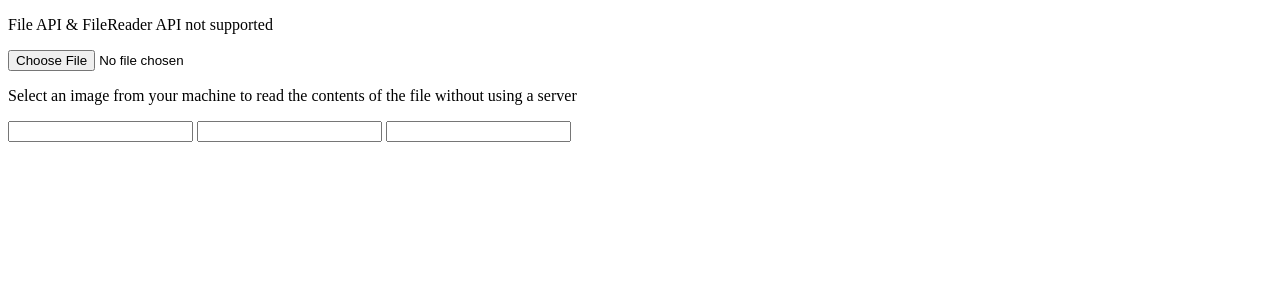
Repository: minkyung0421/jsp_travel_project
Page: http://localhost/Travel_Project/layerTest.jsp
These files come from the project's save history. The page is drawn as it stood at one moment and after the next save; the edit follows.
The browser window is 1280 px wide. The pictures show the whole page.
Some web libraries are served in a nearby version. The page is served by Tomcat 9. Other server files are loaded and not shown.

Above is the page before, as saved 2018-08-21 02:48:31.

### jsp_travel_project/Travel_Project/WebContent/layerTest.jsp
<%@ page language="java" contentType="text/html; charset=UTF-8"
    pageEncoding="UTF-8"%>
<!DOCTYPE html PUBLIC "-//W3C//DTD HTML 4.01 Transitional//EN" "http://www.w3.org/TR/html4/loose.dtd">
<html>
<head>
<meta http-equiv="Content-Type" content="text/html; charset=UTF-8">
<script src="//ajax.googleapis.com/ajax/libs/jquery/1.9.1/jquery.min.js"></script>
<script src = "http://ajax.googleapis.com/ajax/libs/jquery/1/jquery.min.js"></script>
<script src = "http://malsup.github.com/jquery.cycle2.js"></script>
<title>Insert title here</title>
</head>
<style>
.mySlides {display:none;}
</style>
<body>
<title>File API (simple)</title>
<article>
  <p id="status">File API & FileReader API not supported</p>
  <p><input type=file></p>
  <p>Select an image from your machine to read the contents of the file without using a server</p>
  <div id="holder"></div>
</article>
<script language='javascript'>
function call()
{
 if(document.getElementById("sell1").value && document.getElementById("sell2").value){
  document.getElementById('sell3').value =parseInt(document.getElementById('sell1').value) + parseInt(document.getElementById('sell2').value);
 }
}
</script>
<form name='sumform'>
<input type='text' name='sell1' id='sell1' onkeyup='call()'>
<input type='text' name='sell2' id='sell2' onkeyup='call()'>
<input type='text' name='sell3' id='sell3' >
</form>
</body>
</html>

After the next save:
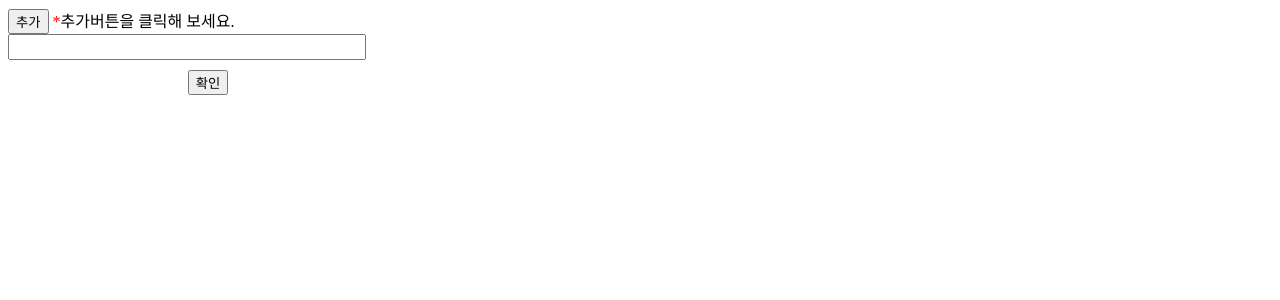
Saved 6 min 0 s later.
--- a/jsp_travel_project/Travel_Project/WebContent/layerTest.jsp
+++ b/jsp_travel_project/Travel_Project/WebContent/layerTest.jsp
@@ -13,25 +13,78 @@
 .mySlides {display:none;}
 </style>
 <body>
-<title>File API (simple)</title>
-<article>
-  <p id="status">File API & FileReader API not supported</p>
-  <p><input type=file></p>
-  <p>Select an image from your machine to read the contents of the file without using a server</p>
-  <div id="holder"></div>
-</article>
-<script language='javascript'>
-function call()
+<script language="javascript">
+<!--
+var oTbl;
+//Row 추가
+function insRow() {
+  oTbl = document.getElementById("addTable");
+  var oRow = oTbl.insertRow();
+  oRow.onmouseover=function(){oTbl.clickedRowIndex=this.rowIndex}; //clickedRowIndex - 클릭한 Row의 위치를 확인;
+  var oCell = oRow.insertCell();
+
+  //삽입될 Form Tag
+  var frmTag = "<input type=text name=addText[] style=width:350px; height:20px;> ";
+  frmTag += "<input type=button value='삭제' onClick='removeRow()' style='cursor:hand'>";
+  oCell.innerHTML = frmTag;
+}
+//Row 삭제
+function removeRow() {
+  oTbl.deleteRow(oTbl.clickedRowIndex);
+}
+
+function frmCheck()
 {
- if(document.getElementById("sell1").value && document.getElementById("sell2").value){
-  document.getElementById('sell3').value =parseInt(document.getElementById('sell1').value) + parseInt(document.getElementById('sell2').value);
+  var frm = document.form;
+
+  for( var i = 0; i <= frm.elements.length - 1; i++ ){
+     if( frm.elements[i].name == "addText[]" )
+     {
+         if( !frm.elements[i].value ){
+             alert("텍스트박스에 값을 입력하세요!");
+             frm.elements[i].focus();
+             return;
+          }
+      }
+   }
  }
-}
+//-->
 </script>
-<form name='sumform'>
-<input type='text' name='sell1' id='sell1' onkeyup='call()'>
-<input type='text' name='sell2' id='sell2' onkeyup='call()'>
-<input type='text' name='sell3' id='sell3' >
+</head>
+<body>
+<form name="form" method="post">
+<table width="400" border="0" cellspacing="0" cellpadding="0">
+  <tr>
+    <td colspan="2" align="left" bgcolor="#FFFFFF">
+      <table width="100%" border="0" cellpadding="0" cellspacing="0">
+        <tr>
+         <td colspan="5" bgcolor="#FFFFFF" height="25" align="left"><input name="addButton" type="button" style="cursor:hand" onClick="insRow()" value="추가">
+         <font color="#FF0000">*</font>추가버튼을 클릭해 보세요.</td>
+        </tr>
+        <tr>
+         <td height="25">
+          <table id="addTable" width="400" cellspacing="0" cellpadding="0" bgcolor="#FFFFFF" border="0">
+            <tr>
+              <td><input type="text" name="addText[]" style="width:350px; height:20px;"></td>
+              <td align="left"></td>
+            </tr>
+          </table></td>
+        </tr>
+       </table>
+      </td>
+   </tr>
+ </table>
+ <table width="400" border="0" cellspacing="0" cellpadding="0">
+    <tr>
+    <td height="10">
+    </td>
+    </tr>
+    <tr>
+    <td align="center">
+    <input type="button" name="button" value="확인" onClick="frmCheck();">
+    </td>
+   </tr>
+ </table>
 </form>
 </body>
 </html>
